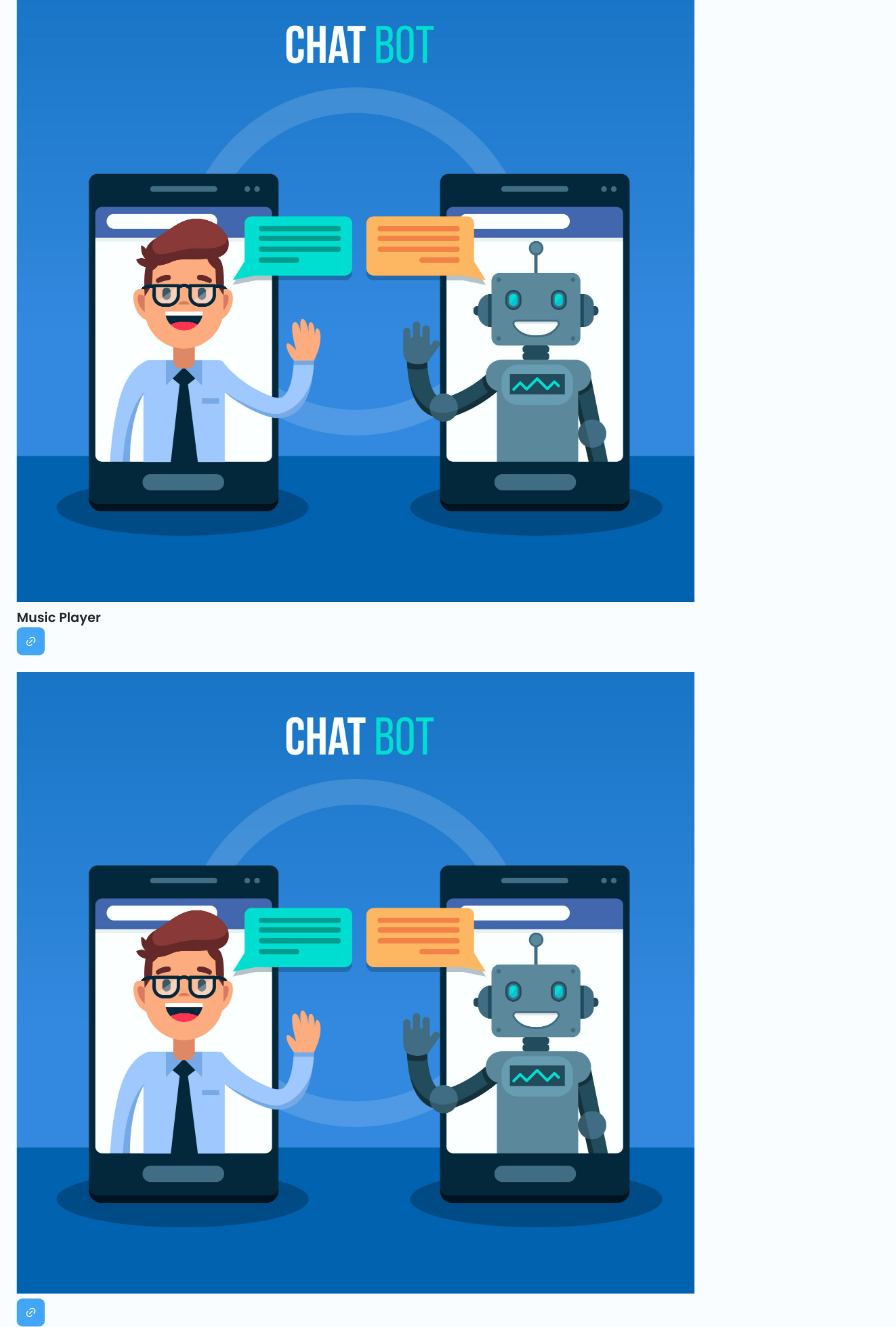
Repository: Kaii-Dev/Porfolio
Page: index.html
These files come from the project's save history. The page is drawn as it stood at one moment and after the next save; the edit follows.
The browser window is 1280 px wide. The pictures show the part of the page from y = 3400 to 5320 px (the page is 5295 px tall before and 5320 px after), at 70% of full size.
A picture or video elsewhere on the page could not be fetched, so the positions and the page height are approximate. Some web libraries are served in a nearby version.

Above is the page before, as saved 2022-04-12 16:22:13.

### index.html
<!DOCTYPE html>
<html lang="en">
  <head>
    <meta charset="UTF-8" />
    <meta http-equiv="X-UA-Compatible" content="IE=edge" />
    <meta name="viewport" content="width=device-width, initial-scale=1.0" />
    <title>Portfolio</title>
    <link
      href="https://cdn.jsdelivr.net/npm/remixicon@2.2.0/fonts/remixicon.css"
      rel="stylesheet"
    />
    <link rel="stylesheet" href="./Assets/css/app.css" />
  </head>
  <body>
    <!-- HEADER PROFILE -->
    <header class="profile container">
      <div class="profile__container grid">
        <div class="profile__data">
          <div class="profile__border">
            <div class="profile__perfil">
              <img src="./Assets/img/perfil.jpeg" alt="" />
            </div>
          </div>

          <h2 class="profile__name">Khai Le</h2>
          <h3 class="profile__profession">Front-End Developer</h3>
          <ul class="profile__social">
            <a
              href="https://www.linkedin.com/in/le-khai-68b2921b0/"
              target="_blank"
              class="profile__social-link"
            >
              <i class="ri-linkedin-box-line"></i>
            </a>
            <a
              href="https://www.facebook.com/lkakaizy"
              target="_blank"
              class="profile__social-link"
            >
              <i class="ri-facebook-circle-line"></i>
            </a>
            <a
              href="https://github.com/Kaii-Dev"
              target="_blank"
              class="profile__social-link"
            >
              <i class="ri-github-line"></i>
            </a>
          </ul>
        </div>
        <div class="profile__info grid">
          <div class="profile__info group">
            <h3 class="profile__info-number">2</h3>
            <p class="profile__info-description">
              Language <br />
              certification
            </p>
          </div>
          <div class="profile__info group">
            <h3 class="profile__info-number">+10</h3>
            <p class="profile__info-description">
              Completed <br />
              projects
            </p>
          </div>
          <div class="profile__info group">
            <h3 class="profile__info-number">1</h3>
            <p class="profile__info-description">
              University's <br />
              scholarship
            </p>
          </div>
        </div>

        <div class="profile__buttons">
          <!-- insert cv -->
          <a download="" href="./Assets/pdf/" class="button">
            Download CV <i class="ri-download-line"></i>
          </a>

          <div class="profile__buttons-small">
            <!-- insert phone number -->
            <a
              href="tel: 0842454228"
              target="_blank"
              class="button button__small button__gray"
            >
              <i class="ri-phone-line"></i>
            </a>
            <a
              href="https://m.me/lkakaizy"
              target="_blank"
              class="button button__small button__gray"
            >
              <i class="ri-messenger-line"></i>
            </a>
          </div>
        </div>
      </div>
    </header>
    <!-- MAIN -->
    <main class="main">
      <section class="filters container">
        <!-- FILTERS TABS -->
        <ul class="filters__contents">
          <button class="filters__button" data-target="#projects">
            Projects
          </button>
          <button class="filters__button" data-target="#skills">Skills</button>
        </ul>
        <div class="filters__sections">
          <!-- PROJECTS -->
          <div class="projects__content grid" data-content id="projects">
            <article>
              <img src="./Assets/img/pic1.jpeg" alt="" class="projects__img" />
              <div class="projects__modal">
                <div class="">
                  <span class="projects__subtitle"></span>
                  <h3 class="projects__title"></h3>
                  <a href="" class="projects__button button button__small">
                    <i class="ri-link"></i>
                  </a>
                </div>
              </div>
            </article>

            <article>
              <img src="./Assets/img/pic1.jpeg" alt="" class="projects__img" />
              <div class="projects__modal">
                <div class="">
                  <span class="projects__subtitle"></span>
                  <h3 class="projects__title"></h3>
                  <a href="" class="projects__button button button__small">
                    <i class="ri-link"></i>
                  </a>
                </div>
              </div>
            </article>

            <article>
              <img src="./Assets/img/pic1.jpeg" alt="" class="projects__img" />
              <div class="projects__modal">
                <div class="">
                  <span class="projects__subtitle"></span>
                  <h3 class="projects__title"></h3>
                  <a href="" class="projects__button button button__small">
                    <i class="ri-link"></i>
                  </a>
                </div>
              </div>
            </article>

            <article>
              <img src="./Assets/img/pic1.jpeg" alt="" class="projects__img" />
              <div class="projects__modal">
                <div class="">
                  <span class="projects__subtitle"></span>
                  <h3 class="projects__title">
                     Music Player</h3>
                  <a href="" class="projects__button button button__small">
                    <i class="ri-link"></i>
                  </a>
                </div>
              </div>
            </article>

            <article>
              <img src="./Assets/img/pic1.jpeg" alt="" class="projects__img" />
              <div class="projects__modal">
                <div class="">
                  <span class="projects__subtitle"></span>
                  <h3 class="projects__title"></h3>
                  <a href="" class="projects__button button button__small">
                    <i class="ri-link"></i>
                  </a>
                </div>
              </div>
            </article>
          </div>
          <!-- SKILLS -->
          <div class="skills__content grid" data-content id="skills"></div>
        </div>
      </section>
    </main>
    <!-- FOOTER -->
    <footer class="footer container"></footer>
    <!-- SCROLL REVEAL -->
    <script src="./Assets/js/app.js"></script>
  </body>
</html>

### Assets/css/app.css
/* GOOGLE FONT */
@import url("https://fonts.googleapis.com/css2?family=Poppins:wght@400;500;600&display=swap");
/* VAR CSS */
:root {
  --hue: 207;
  --sat: 90%;
  --lig: 61%;

  --first-color: hsl(var(--hue), var(--sat), var(--lig));
  --first-color-alt: hsl(var(--hue), var(--sat), 57%);
  --title-color: hsl(var(--hue), 12%, 15%);
  --text-color: hsl(var(--hue), 12%, 45%);
  --text-color-light: hsl(var(--hue), 8%, 75%);
  --text-color-lighten: hsl(var(--hue), 8%, 92%);
  --body-color: hsl(var(--hue), 100%, 99%);
  --container-color: #fff;
  /* font and typography */
  --body-font: "Poppins", sans-serif;
  --h2-font-size: 1.25rem;
  --h3-font-size: 1rem;
  --normal-font-size: 0.938rem;
  --small-font-size: 0.813rem;
  --smaller-font-size: 0.75rem;
}

/* responsive  */
@media screen and (min-width: 986px) {
  :root {
    --h2-font-size: 1.5rem;
    --h3-font-size: 1.25rem;
    --normal-font-size: 1rem;
    --small-font-size: 0.875rem;
    --smaller-font-size: 0.813rem;
  }
}
/*  CSS */
*,
*::before,
*::after {
  box-sizing: border-box;
}
* {
  margin: 0;
}

* {
  box-sizing: border-box;
  padding: 0;
  margin: 0;
}

body {
  font-family: var(--body-font);
  font-size: var(--normal-font-size);
  background-color: var(--body-color);
  color: var(--text-color);
  transition: 0.3s; /* For animation dark mode */
}

h1,
h2,
h3 {
  color: var(--title-color);
  font-weight: 600;
}

ul {
  list-style: none;
}

a {
  text-decoration: none;
}

img {
  max-width: 100%;
  height: auto;
}

/* REUSEBALE CSS */

.container {
  max-width: 968px;
  margin-left: 1.5rem;
  margin-right: 1.5rem;
}
.grid {
  display: grid;
  gap: 1.5rem;
}

/* PROFILE */
.profile {
  position: relative;
  padding-top: 3.5rem;
}

.profile__container {
  row-gap: 2rem;
}

.profile__data {
  display: grid;
  text-align: center;
}

.profile__perfil {
  width: 100px;
  height: 100px;
  background: linear-gradient(
    180deg,
    hsla(var(--hue), var(--sat), var(--lig), 1) 0%,
    hsla(var(--hue), var(--sat), var(--lig), 0.2) 100%
  );
  border-radius: 50%;
  overflow: hidden;
  display: flex;
  align-items: flex-end;
  justify-content: center;
}

.profile__perfil img {
  width: 75px;
}

.profile__border {
  border: 3.5px solid var(--first-color);
  justify-self: center;
  border-radius: 50%;
  display: grid;
  place-items: center;
  margin-bottom: 0.75rem;
}

.profile__name {
  font-size: var(--h2-font-size);
}
.profile__profession {
  font-size: var(--smaller-font-size);
  font-weight: 500;
  color: var(--text-color);
  margin-bottom: 1rem;
}

.profile__social {
  display: flex;
  justify-content: center;
  column-gap: 0.75rem;
  padding: 0 0 0 0px;
}

.profile__social-link {
  font-size: 1.25rem;
  color: var(--title-color);
  transition: 0.3s;
}
.profile__social-link:hover {
  color: var(--first-color);
}

.profile__info {
  grid-template-columns: repeat(3, max-content);
  justify-content: center;
  column-gap: 2.5rem;
}

.profile__info-group {
  font-size: var(--normal-font-size);
  margin-bottom: 0.25rem;
}

.profile__info-description {
  font-size: var(--smaller-font-size);
  font-weight: 500;
}
.profile__buttons,
.profile__buttons-small {
  display: flex;
  align-items: center;
  justify-content: center;
}

.profile__buttons {
  column-gap: 1rem;
}
.profile__buttons-small {
  column-gap: 0.25rem;
}
/* BUTTONS */

.button {
  display: inline-flex;
  align-items: center;
  column-gap: 0.5rem;
  background-color: var(--first-color);
  color: #fff;
  padding: 1.15rem 1.5rem;
  border-radius: 0.5rem;
  transition: 0.3s;
  box-shadow: 0 8px 24px hsla(var(--hue), var(--sat), var(--lig), 0.25);
}

.button:hover {
  background-color: var(--first-color-alt);
}

.button__small {
  padding: 0.75rem;
  box-shadow: none;
}

.button__gray {
  background-color: var(--text-color-lighten);
  color: var(--title-color);
}

.button__gray:hover {
  background-color: var(--text-color-ligh);
  color: var(--title-color);
}

Loaded but not shown: Assets/js/app.js (no copy from this time; the picture is the same without it)

After the next save:
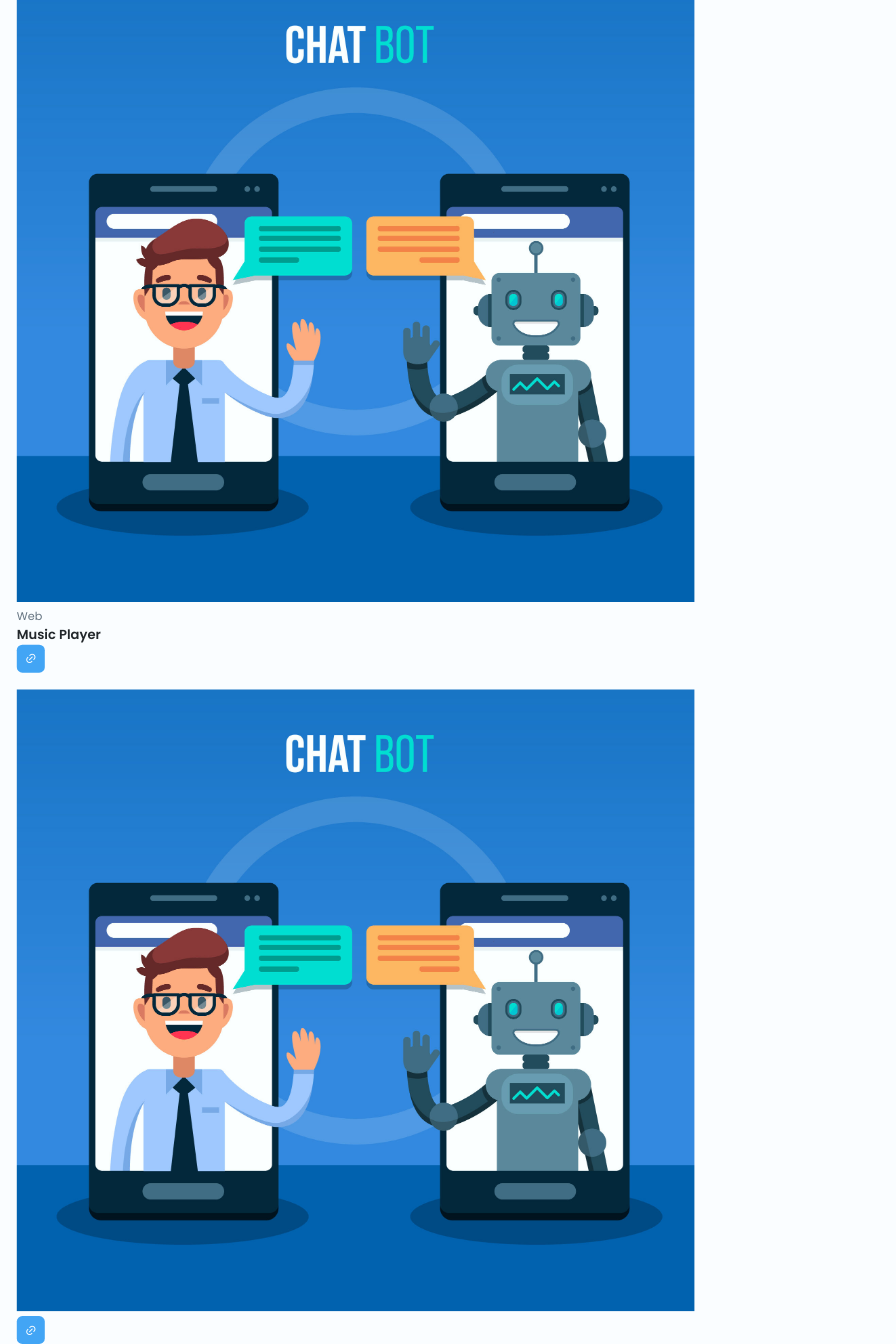
Saved 11 s later.
--- a/index.html
+++ b/index.html
@@ -154,7 +154,7 @@
               <img src="./Assets/img/pic1.jpeg" alt="" class="projects__img" />
               <div class="projects__modal">
                 <div class="">
-                  <span class="projects__subtitle"></span>
+                  <span class="projects__subtitle">Web</span>
                   <h3 class="projects__title">
                      Music Player</h3>
                   <a href="" class="projects__button button button__small">
